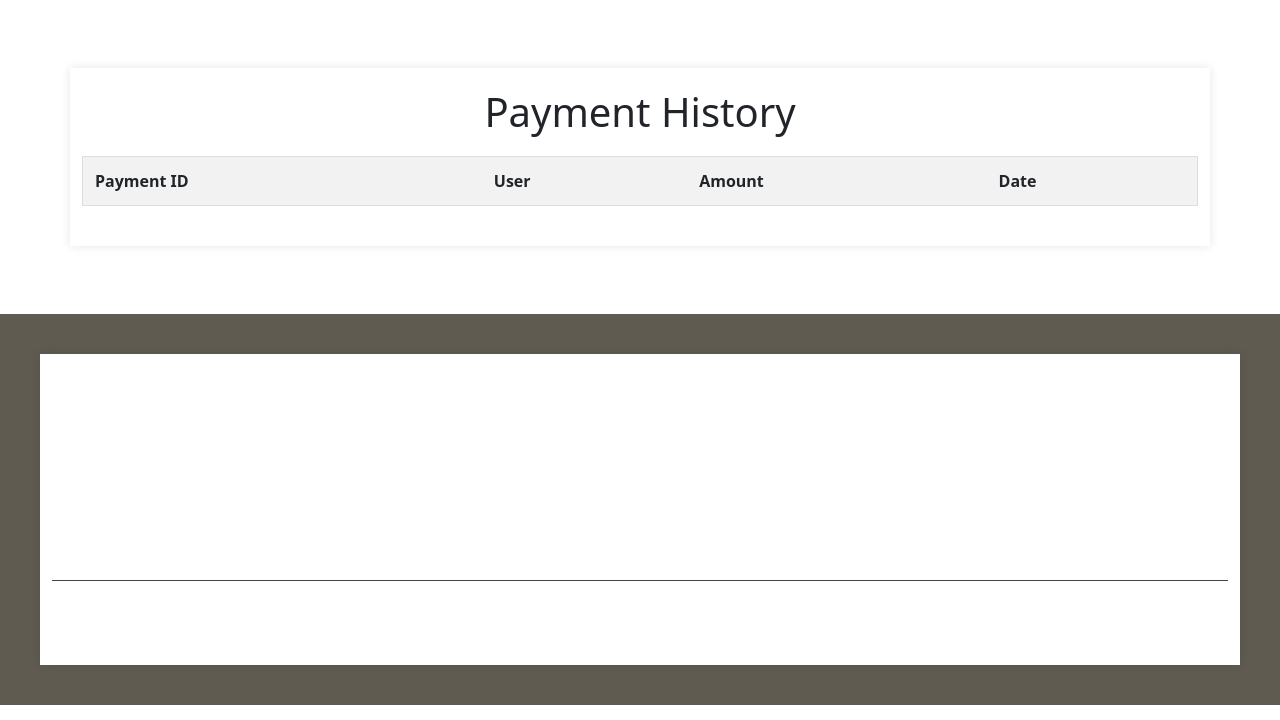
Repository: NagaMounikaY/GroceriesSubscriptionBookingManagement
Page: http://localhost/GroceriesSubBookingSystem/WEB-INF/views/paymentHistory.jsp
The author's editor kept a copy of each file at every save. The page is drawn from the files as they stood at one save, then again after the next save.
The browser window is 1280 px wide. The pictures show the whole page.
The page is served by Tomcat 9. Nobody is signed in. Other server files are loaded and not shown. The template is opened directly, without the code that normally fills it, so the values that code supplies are empty.

Above is the page before, as saved 2024-09-14 04:12:47.

### GroceriesSubBookingSystem/src/main/webapp/WEB-INF/views/paymentHistory.jsp
<%@ page language="java" contentType="text/html; charset=ISO-8859-1"
    pageEncoding="ISO-8859-1" isELIgnored="false"%>
<%@ taglib uri="http://java.sun.com/jsp/jstl/core" prefix="c" %>
<!DOCTYPE html>
<html>
<head>
    <title>Payment History</title>
    <style>
        body {
            font-family: Arial, sans-serif;
            background-color: #f4f4f4;
            margin: 0;
            padding: 0;
        }
        .container {
            width: 80%;
            margin: 20px auto;
            background: #fff;
            padding: 20px;
            box-shadow: 0 0 10px rgba(0, 0, 0, 0.1);
        }
        h1 {
            text-align: center;
            color: #333;
        }
        table {
            width: 100%;
            border-collapse: collapse;
            margin: 20px 0;
        }
        table, th, td {
            border: 1px solid #ddd;
        }
        th, td {
            padding: 12px;
            text-align: left;
        }
        th {
            background-color: #f2f2f2;
        }
        tr:nth-child(even) {
            background-color: #f9f9f9;
        }
        tr:hover {
            background-color: #f1f1f1;
        }
        .message {
            text-align: center;
            color: red;
        }
    </style>
</head>
<body>

    <br><br>
    <div class="container">
        <h1>Payment History</h1>
        <div class="message">
            <c:if test="${not empty message}">
                <p>${message}</p>
            </c:if>
        </div>
        <table>
            <thead>
                <tr>
                    <th>Payment ID</th>
                    <th>User</th>
                    <th>Amount</th>
                    <th>Date</th>
                </tr>
            </thead>
            <tbody>
                <c:forEach var="payment" items="${paymentHistory}">
                    <tr>
                        <td>${payment.payment_id}</td>
                        <td>${payment.user.user_Name}</td>
                        <td>${payment.amount}</td>
                        <td>${payment.payment_date}</td>
                    </tr>
                </c:forEach>
            </tbody>
        </table>
    </div>
    <br><br>

 <jsp:include page="/footer.jsp"></jsp:include>
</body>
</html>

### GroceriesSubBookingSystem/src/main/webapp/footer.jsp
<%@ page language="java" contentType="text/html; charset=ISO-8859-1"
	pageEncoding="ISO-8859-1" isELIgnored="false"%>
<!DOCTYPE html>
<html>
<head>
<meta http-equiv="Content-Type" content="text/html; charset=ISO-8859-1">
<title>Insert title here</title>
<link
	href="https://stackpath.bootstrapcdn.com/bootstrap/5.3.0/css/bootstrap.min.css"
	rel="stylesheet">
<link rel="stylesheet"
	href="https://cdnjs.cloudflare.com/ajax/libs/font-awesome/6.0.0-beta3/css/all.min.css">
<style>
/* Features Section */
.features {
	padding: 60px 20px;
	background: #f9f9f9;
}

.features h2 {
	text-align: center;
	margin-bottom: 40px;
}

.feature-cards {
	display: flex;
	justify-content: space-around;
	flex-wrap: wrap;
}

.feature-card {
	background: #fff;
	border-radius: 8px;
	box-shadow: 0 4px 8px rgba(0, 0, 0, 0.1);
	padding: 20px;
	width: 22%;
	text-align: center;
	margin-bottom: 20px;
}

.feature-card img {
	max-width: 50px;
	margin-bottom: 10px;
}

.feature-card h3 {
	margin: 10px 0;
	font-size: 1.2em;
}

.feature-card p {
	color: #666;
}

/* Footer */
footer {
	background: rgba(56, 51, 37, 0.8);
	color: #fff;
	padding: 40px 20px;
}

footer .container {
	max-width: 1200px;
	margin: 0 auto;
}

.footer-top {
	display: flex;
	justify-content: space-between;
	flex-wrap: wrap;
	margin-bottom: 20px;
}

.footer-top div {
	flex: 1;
	margin: 10px;
}

.footer-top h3 {
	margin-bottom: 15px;
	font-size: 1.2em;
}

.footer-top ul {
	list-style: none;
	padding: 0;
}

.footer-top ul li {
	margin-bottom: 10px;
}

.footer-top ul li a {
	color: #fff;
	text-decoration: none;
}

.footer-top ul li a:hover {
	text-decoration: underline;
}

.footer-contact p, .footer-social a {
	margin: 5px 0;
}

.footer-social {
	display: flex;
	align-items: center;
}

.footer-social a {
	color: #fff;
	text-decoration: none;
	margin-right: 15px;
	font-size: 1.5em;
}

.footer-social a:hover {
	text-decoration: underline;
}

.footer-newsletter form {
	display: flex;
	justify-content: center;
	margin-top: 10px;
}

.footer-newsletter input {
	padding: 10px;
	border-radius: 5px;
	border: none;
	width: 250px;
	margin-right: 10px;
}

.footer-newsletter button {
	padding: 10px 20px;
	border-radius: 5px;
	border: none;
	background: #007BFF;
	color: #fff;
	font-weight: bold;
	cursor: pointer;
}

.footer-bottom {
	text-align: center;
	padding-top: 20px;
	border-top: 1px solid #444;
}

.footer-bottom p {
	margin: 10px 0;
}
</style>
</head>
<body>
	<!-- Footer -->
	<footer>
		<div class="container">
			<div class="footer-top">
				<div class="footer-links">
					<h3>Quick Links</h3>
					<ul>
						<li><a href="${pageContext.request.contextPath}/home.jsp">Home</a></li>
						<li><a href="${pageContext.request.contextPath}/services.jsp">Services</a></li>
						<li><a href="${pageContext.request.contextPath}/contact.jsp">Contact
								Us</a></li>
					</ul>
				</div>
				<div class="footer-contact">
					<h3>Contact Us</h3>
					<p>Phone: 789054321</p>
					<p>Email:GroceryStore@gmail.com</p>
					<p>Address: Bengaluru</p>
				</div>
				<div class="footer-social">
					<h3>Follow Us:</h3>
					<br> <br> <a href="" class="fab fa-facebook-f"></a> <a
						href="#" class="fab fa-twitter"></a> <a href="#"
						class="fab fa-instagram"></a>
				</div>
				<div class="footer-newsletter">
					<h3>Newsletter</h3>
					<p>Subscribe to our newsletter for updates and offers.</p>
					<p>for maintaining and managing the couriers</p>
				</div>
			</div>
			<div class="footer-bottom">
				<p>&copy; 2024 [Grocery Store]. All rights reserved.</p>
			</div>
		</div>
	</footer>
	<!-- Footer -->
</body>
</html>

### GroceriesSubBookingSystem/src/main/webapp/customerHeader.jsp
<%@ page language="java" contentType="text/html; charset=ISO-8859-1"
	pageEncoding="ISO-8859-1" isELIgnored="false"%>
<!DOCTYPE html PUBLIC "-//W3C//DTD HTML 4.01 Transitional//EN" "http://www.w3.org/TR/html4/loose.dtd">
<html>
<head>
<meta http-equiv="Content-Type" content="text/html; charset=ISO-8859-1">
<title>Courier Booking System</title>
<link
	href="https://stackpath.bootstrapcdn.com/bootstrap/5.3.0/css/bootstrap.min.css"
	rel="stylesheet">
<link rel="stylesheet"
	href="https://cdnjs.cloudflare.com/ajax/libs/font-awesome/4.7.0/css/font-awesome.min.css">
<style>
/* Header */
header {
	background: rgba(56, 51, 37, 0.8);
	color: #fff;
	padding: 15px 0;
	position: fixed;
	width: 100%;
	top: 0;
	left: 0;
	z-index: 1000;
}

header .container {
	display: flex;
	justify-content: space-between;
	align-items: center;
	max-width: 1200px;
	margin: 0 auto;
	padding: 0 20px;
}

header .logo {
	font-size: 1.5em; /* Increased size for the logo */
	font-weight: bold;
}

header nav {
	flex-grow: 1;
}

header nav ul {
	list-style: none;
	display: flex;
	justify-content: flex-end;
	margin: 0;
	padding: 0;
}

header nav ul li {
	margin-left: 05px;
}

header nav ul li a {
	color: #fff;
	text-decoration: none;
	padding: 10px 15px; /* Increased padding for better click area */
	font-size: 1.2em; /* Increased font size for navigation links */
	border-radius: 5px;
}

header nav ul li a:hover {
	background: #dd4545;
}
</style>
</head>
<body>
	<!-- Header -->
	<header>
	<div class="container">
		<div class="logo">Grocery Store</div>
		<nav>
		<ul>
			<li><a href="${pageContext.request.contextPath}/home.jsp"><strong>Home</strong></a></li>
			<li><a href="${pageContext.request.contextPath}/groceries/list"><strong>Menu</strong></a></li>
			<li><a
				href="${pageContext.request.contextPath}/orders/viewOrders"><strong>Orders</strong></a></li>
			<li><a href="${pageContext.request.contextPath}/orders/cart"><strong>Cart</strong></a></li>
			<li><a
				href="${pageContext.request.contextPath}/subscription/subcart"><strong>SubCart</strong></a></li>
			<li><a href="${pageContext.request.contextPath}/wallets/wallet"><strong>Wallet</strong></a></li>
			<li><a href="${pageContext.request.contextPath}/payment/history"><strong>Payments</strong></a></li>
			<li><a
				href="${pageContext.request.contextPath}/subscription/subscriptionlist"><strong>Subscriptions</strong></a></li>
			<li><a href="${pageContext.request.contextPath}/home.jsp"><strong>Logout</strong></a></li>
		</ul>
		</nav>
	</div>
	</header>

	<script src="https://code.jquery.com/jquery-3.5.1.slim.min.js"></script>
	<script
		src="https://cdn.jsdelivr.net/npm/@popperjs/core@2.11.6/dist/umd/popper.min.js"></script>
	<script
		src="https://stackpath.bootstrapcdn.com/bootstrap/5.3.0/js/bootstrap.bundle.min.js"></script>
</body>
</html>

After the next save:
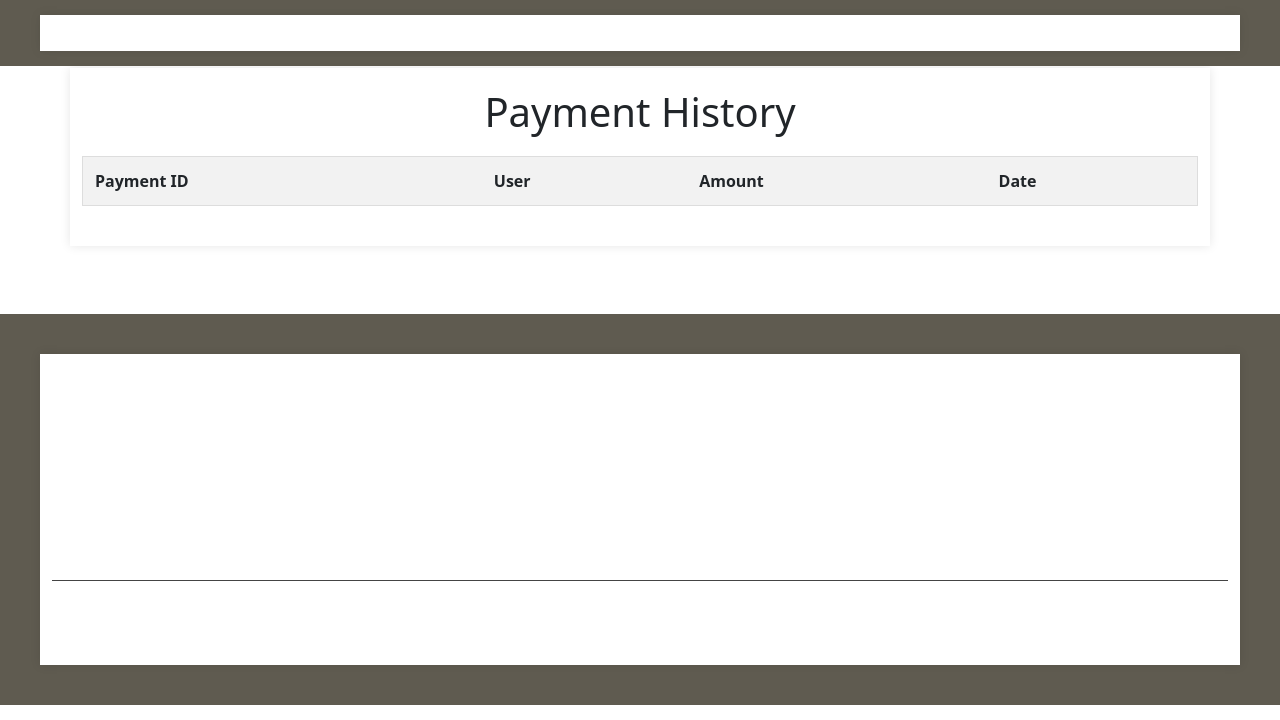
Saved 22 s later.
--- a/GroceriesSubBookingSystem/src/main/webapp/WEB-INF/views/paymentHistory.jsp
+++ b/GroceriesSubBookingSystem/src/main/webapp/WEB-INF/views/paymentHistory.jsp
@@ -51,7 +51,7 @@
     </style>
 </head>
 <body>
-
+ <jsp:include page="/customerHeader.jsp"></jsp:include>
     <br><br>
     <div class="container">
         <h1>Payment History</h1>
